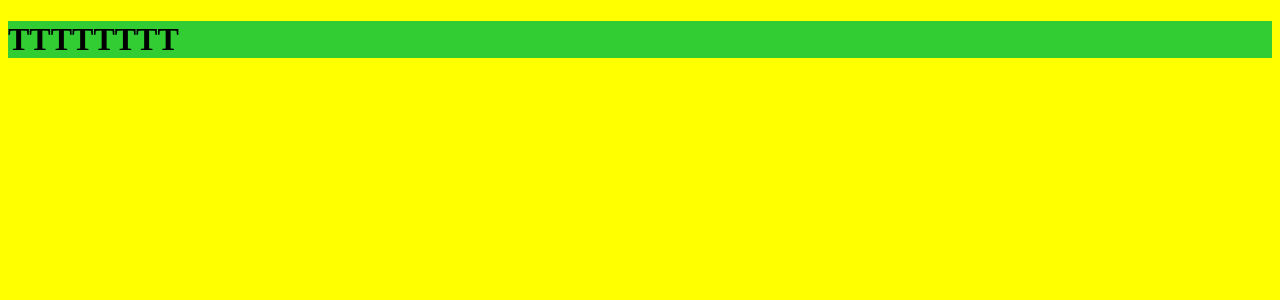
Repository: lixinso/html5
Page: workspace/CSS3/WebContent/Copy of selector_not.html
An editor plug-in stored every save of this project. The page is shown before and after the next save, followed by the edit.
The browser window is 1280 px wide. The pictures show the whole page.

Above is the page before, as saved 2011-05-27 14:31:31.

After the next save:
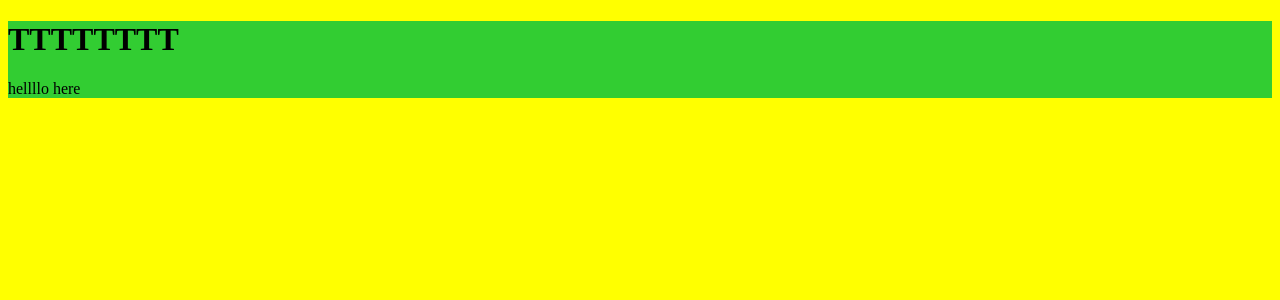
Saved 8 s later.
--- a/workspace/CSS3/WebContent/Copy of selector_not.html
+++ b/workspace/CSS3/WebContent/Copy of selector_not.html
@@ -15,5 +15,6 @@
 </head>
 <body>
 	<h1>TTTTTTTT</h1>
+	<p>hellllo here</p>
 </body>
 </html>
